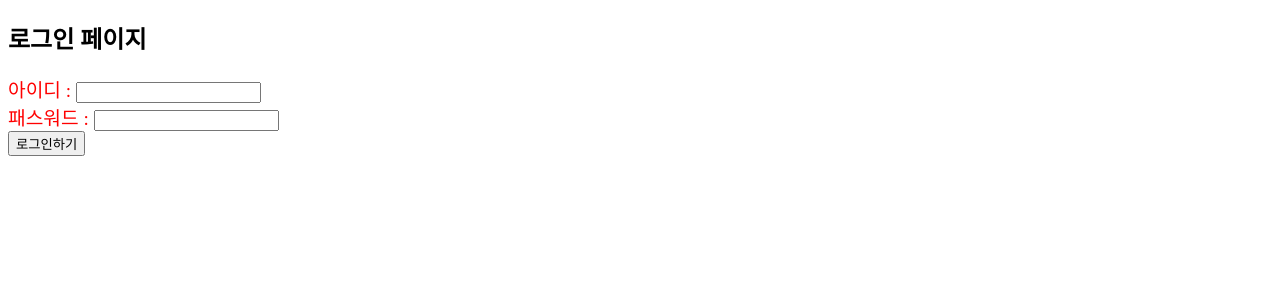
Repository: Charles0304/JSP
Page: http://localhost/MustHaveJSP/06Session/LoginForm.jsp
An editor plug-in stored every save of this project. The page is shown before and after the next save, followed by the edit.
The browser window is 1280 px wide. The pictures show the whole page.
The page is served by Tomcat 10. Nobody is signed in. The application's start-up code is not run. Other server files are loaded and not shown.

Above is the page before, as saved 2024-04-22 06:32:29.

### MustHaveJSP/src/main/webapp/06Session/LoginForm.jsp
<%@ page language="java" contentType="text/html; charset=UTF-8"
	pageEncoding="UTF-8"%>
<!DOCTYPE html>
<html>
<head>
<meta charset="UTF-8">
<title>Session</title>
</head>
<body>
	<h2>로그인 페이지</h2>
	<span style="color: red; font-size: 1.2em;"> <%= request.getAttribute("LoginErrMsg")==null ? "":request.getAttribute("LoginErrMsg")%>
		<%
		if(session.getAttribute("UserId")==null){

	%> <script>
		function validateForm(form) {
			if (!form.user_id.value) {
				alert("아이디를 입력하세요.");
				return false;
			}
			if (!form.user_pw.value == "") {
				alert("패스워드를 입력하세요.");
				return false;
			}
		}
	</script>
		<form action="LoginProcess.jsp" method="post" name="loginFrm"
			onsubmit="return validateForm(this);">
			아이디 : <input type="text" name="user_id" /><br />
			패스워드 : <input type="password" name="user_pw" /><br />
			<input type="submit" value="로그인하기" />
		</form> <%
		} else{
	%> <%=	session.getAttribute("UserName")%> <a href="Logout.jsp">[로그아웃]</a>
		<%
		}
	%>


	</span>
</body>
</html>

After the next save:
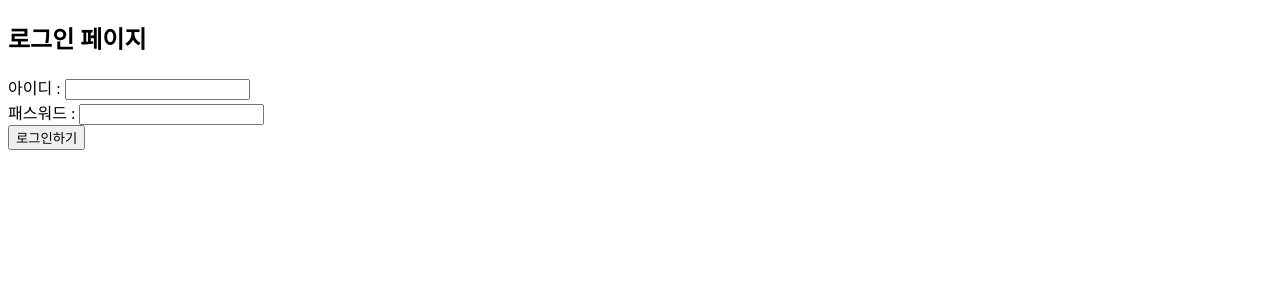
Saved 2 min 48 s later.
--- a/MustHaveJSP/src/main/webapp/06Session/LoginForm.jsp
+++ b/MustHaveJSP/src/main/webapp/06Session/LoginForm.jsp
@@ -8,7 +8,9 @@
 </head>
 <body>
 	<h2>로그인 페이지</h2>
-	<span style="color: red; font-size: 1.2em;"> <%= request.getAttribute("LoginErrMsg")==null ? "":request.getAttribute("LoginErrMsg")%>
+	<span style="color: red; font-size: 1.2em;">
+		<%= request.getAttribute("LoginErrMsg")==null ? "":request.getAttribute("LoginErrMsg")%>
+		</span>
 		<%
 		if(session.getAttribute("UserId")==null){
 
@@ -37,6 +39,6 @@
 	%>
 
 
-	</span>
+
 </body>
 </html>
